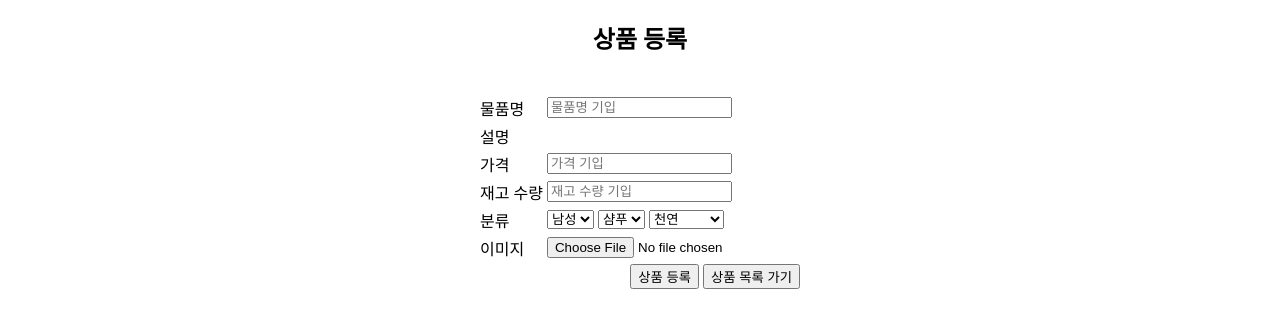
Repository: zxcvb2355/product
Page: http://localhost/product/WEB-INF/view/product/productInsertForm.jsp
The author's editor kept a copy of each file at every save. The page is drawn from the files as they stood at one save, then again after the next save.
The browser window is 1280 px wide. The pictures show the whole page.
The page is served by Tomcat 9. Nobody is signed in. Other server files are loaded and not shown. The template is opened directly, without the code that normally fills it, so the values that code supplies are empty.

Above is the page before, as saved 2023-02-05 23:59:12.

### product/webapp/WEB-INF/view/product/productInsertForm.jsp
<%@ page language="java" contentType="text/html; charset=UTF-8"
    pageEncoding="UTF-8"%>
<!DOCTYPE html>
<html>
<head>
<meta charset="UTF-8">
<title>상품 등록</title>
<script  src="http://code.jquery.com/jquery-latest.min.js"></script>
<script type="text/javascript">

	$(document).ready(function(){

		$("#insertBtn").click(function(){

			let p1 = $("#p1").val();
			let pc = $("#pc").val();
			let de = $("#de").val();

			$("#pcategory").val(p1);
			$("#pcategory_detail").val(pc);
			$("#detail_product").val(de);

			$("#insert").attr({
				'action':'productInsert',
				'method':'POST',
				'enctype':'multipart/form-data'
			}).submit();
		});



	});



</script>
</head>
<body>
<h2 style="text-align:center;">상품 등록</h2><br>
<form id="insert" name="insert">
<table align="center">
<tr>
<td>물품명</td>
<td><input type="text" id="pname" name="pname" placeholder="물품명 기입"></td>
</tr>
<tr>
<td>설명</td>
<td><texterea id="pcontent" name="pcontent" placeholder="물품설명 기입"></texterea>
</td>
</tr>
<tr>
<td>가격</td>
<td><input type="text" id="ppay" name="ppay" placeholder="가격 기입"></td>
</tr>
<tr>
<td>재고 수량</td>
<td><input type="text" id="pcount" name="pcount" placeholder="재고 수량 기입"></td>
</tr>
<tr>
<td>분류</td>
<td><select id="p1">
	<option value="01" id="pcate1" selected>남성</option>
	<option value="02" id="pcate2">여성</option>
</select>
<select id="pc">
	<option value="01" id="pcate_d1" selected>샴푸</option>
	<option value="02" id="pcate_d2">로션</option>
</select>
<select id="de">
	<option value="01" id="detail_p2" selected>천연</option>
	<option value="02" id="detail_p3">모공 축소</option>
	<option value="03" id="detail_p4">향기</option>
	<option value="04" id="detail_p5">기타</option>
</select>
</td>
</tr>
<tr>
<td>이미지</td>
<td><input type="file" id="pimage" name="pimage" value="파일 찾아보기"></td>
</tr>

<tr>
<td colspan="2" style="text-align:right;"><input type="button" id="insertBtn" value="상품 등록">
<input type="button" id="selectBtn" value="상품 목록 가기">
</td>
</tr>
</table>
<input type="hidden" id="pcategory" name="pcategory" value="">
<input type="hidden" id="pcategory_detail" name="pcategory_detail" value="">
<input type="hidden" id="detail_product" name="detail_product" value="">
</form>
</body>
</html>

After the next save:
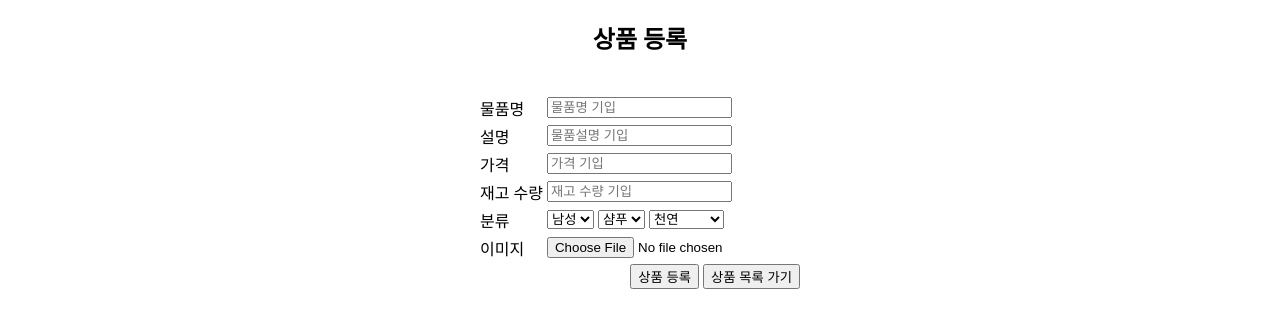
Saved 33 s later.
--- a/product/webapp/WEB-INF/view/product/productInsertForm.jsp
+++ b/product/webapp/WEB-INF/view/product/productInsertForm.jsp
@@ -45,7 +45,7 @@
 </tr>
 <tr>
 <td>설명</td>
-<td><texterea id="pcontent" name="pcontent" placeholder="물품설명 기입"></texterea>
+<td><input type="texterea" id="pcontent" name="pcontent" placeholder="물품설명 기입"></texterea>
 </td>
 </tr>
 <tr>
